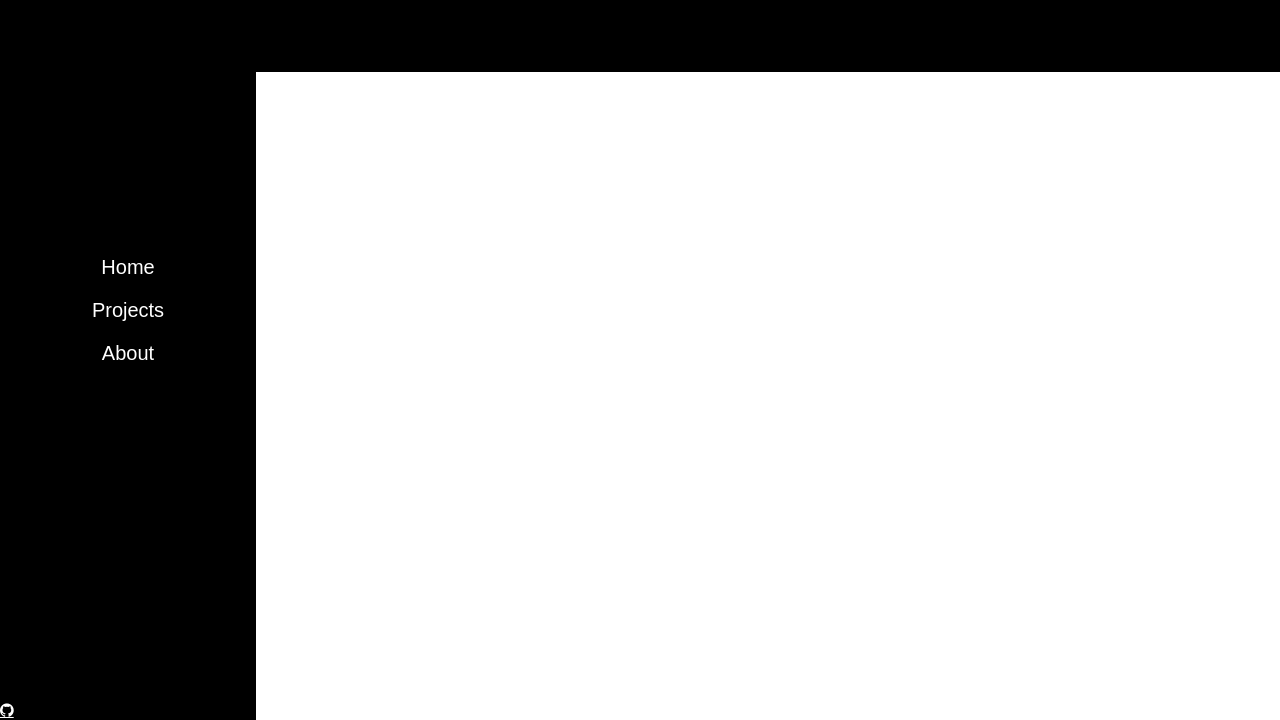
Repository: josephinel6/josephinel6.github.io
Page: index.html
These files come from the project's save history. The page is drawn as it stood at one moment and after the next save; the edit follows.
The browser window is 1280 px wide. The pictures show the whole page.

Above is the page before, as saved 2023-04-04 10:50:07.

After the next save:
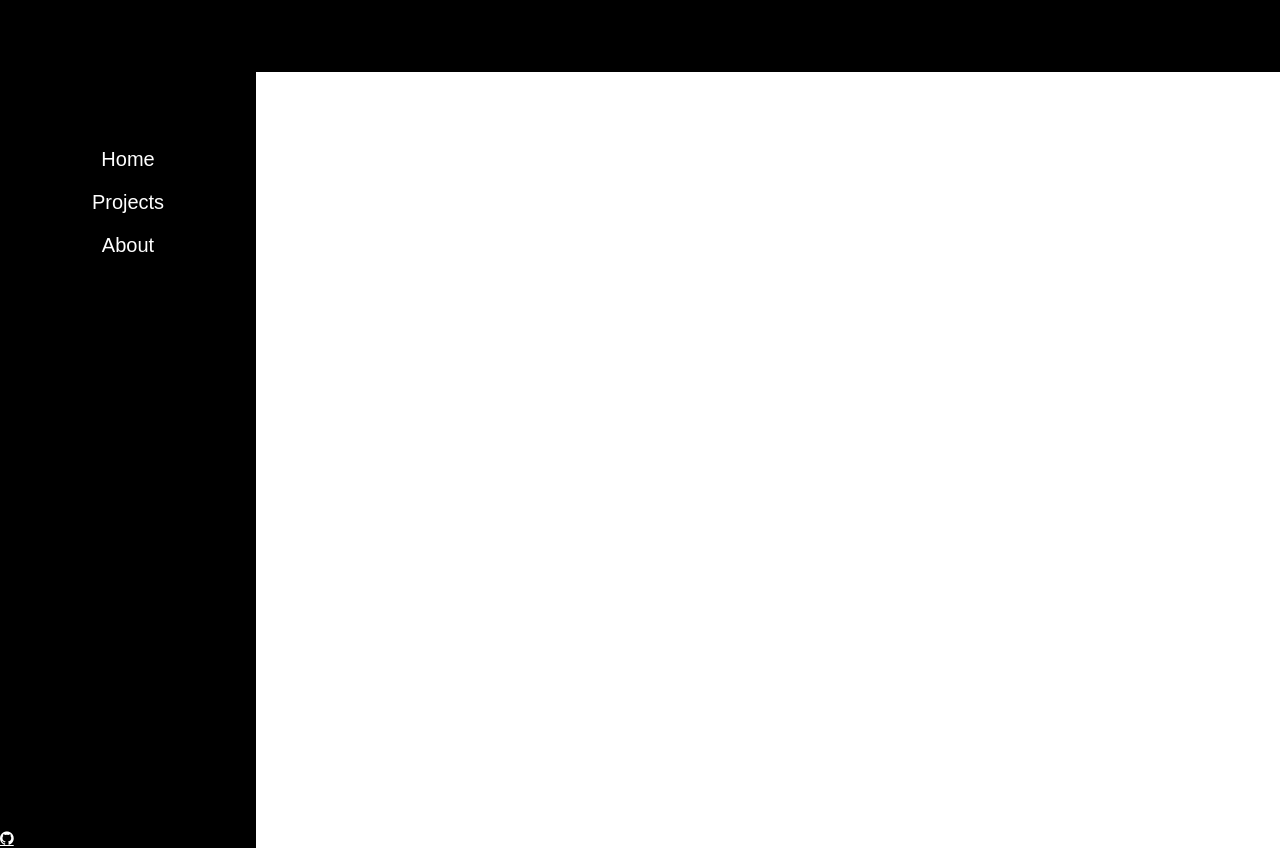
Saved 11 s later.
--- a/index.html
+++ b/index.html
@@ -61,8 +61,8 @@
 </head>
 
 <body>
-    <div id="menu">
-        <div style="margin-top: 100%">
+    <div id="menu" style="padding-top: 10%">
+        <div>
             <CENTER>
                 <p class="menutext"> Home </p>
                 <p class="menutext"> Projects </p>
